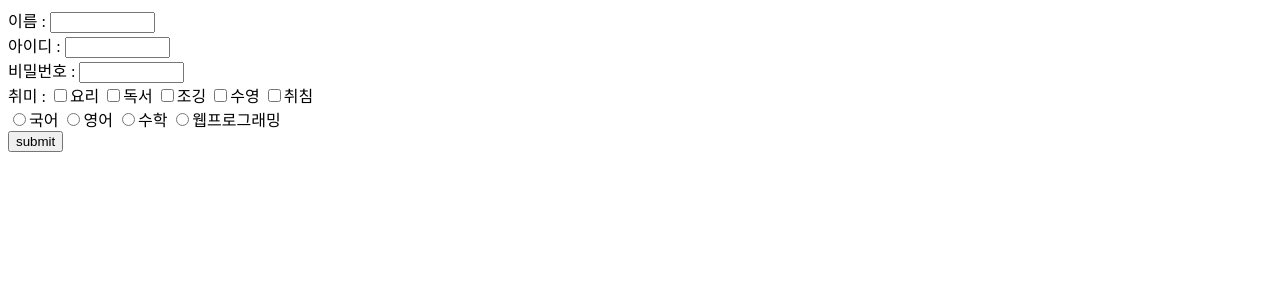
Repository: yoojinhee/JSP_study
Page: http://localhost/Test_JSP/form.jsp
These files come from the project's save history. The page is drawn as it stood at one moment and after the next save; the edit follows.
The browser window is 1280 px wide. The pictures show the whole page.
The page is served by Tomcat 9.

Above is the page before, as saved 2020-05-12 06:35:22.

After the next save:
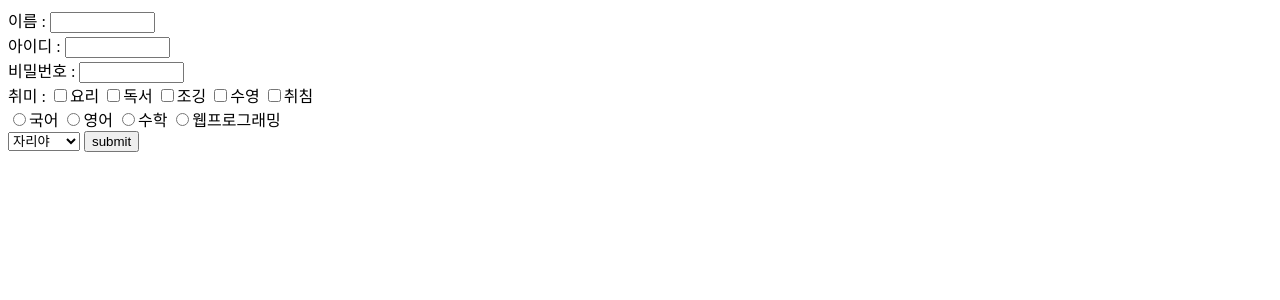
Saved 3 min 36 s later.
--- a/Project/Test_JSP/WebContent/form.jsp
+++ b/Project/Test_JSP/WebContent/form.jsp
@@ -24,6 +24,12 @@
 <input type="radio" name="major" value="mat">수학
 <input type="radio" name="major" value="jsp">웹프로그래밍
 <br>
+<select name="overwatch">
+<option value="za">자리야</option>
+<option value="dum">둠피스트</option>
+<option value="gen">겐지</option>
+<option value="diva">디바</option>
+</select>
 <input type="submit" value="submit">
 </form>
 
